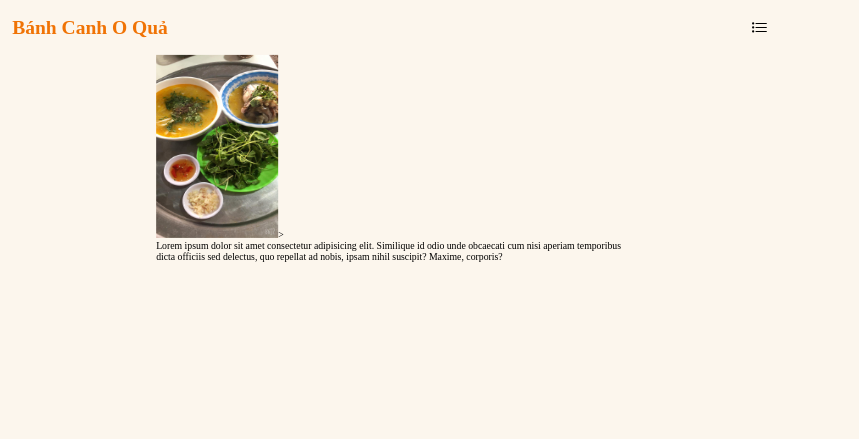
Repository: LeCongTuan2608/AmThuc
Page: public/index.html
An editor plug-in stored every save of this project. The page is shown before and after the next save, followed by the edit.
The browser window is 1280 px wide. The page is 1280 px wide, then 1408 px, then 1280 px, so the pictures cover 1408 px, including what lies to the right of the window. The pictures show the whole page, at 61% of full size.
The style sheet was rebuilt from its Sass, Less or Tailwind sources for each picture, by a compiler version that may differ from the author's.

Above is the page before, as saved 2022-04-15 10:35:07.

After the next save:
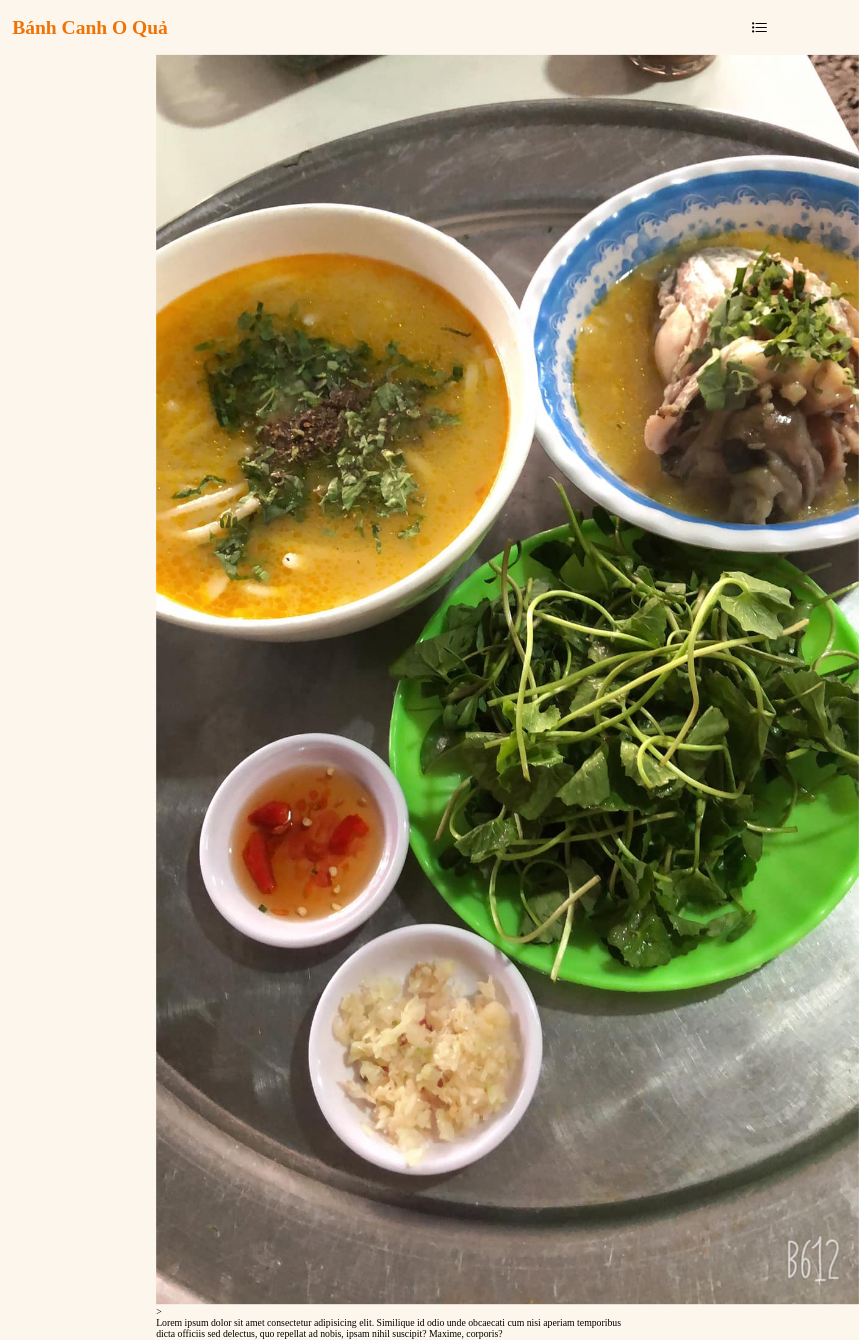
Saved 7 s later.
--- a/sass/index.scss
+++ b/sass/index.scss
@@ -44,7 +44,6 @@
 }
 
 #image img{
-    height: 300px;
-    width: 200px;
+
     background-size: cover;
 }

After the 2 saves that followed:
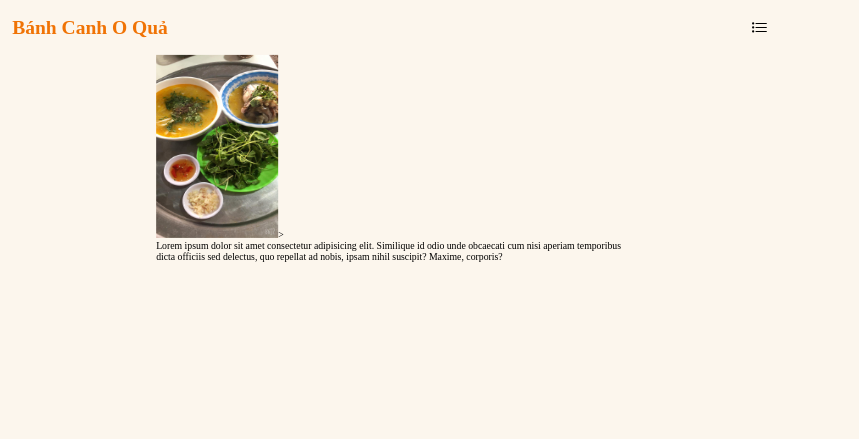
The 2 saves are shown as one change because 1 left the picture as it was.
The last was saved 16 s later.
--- a/sass/index.scss
+++ b/sass/index.scss
@@ -41,9 +41,11 @@
 
 }
 #image{
+    background-size: cover;
+
 }
 
 #image img{
-
-    background-size: cover;
+    height: 300px;
+    width: 200px;
 }
